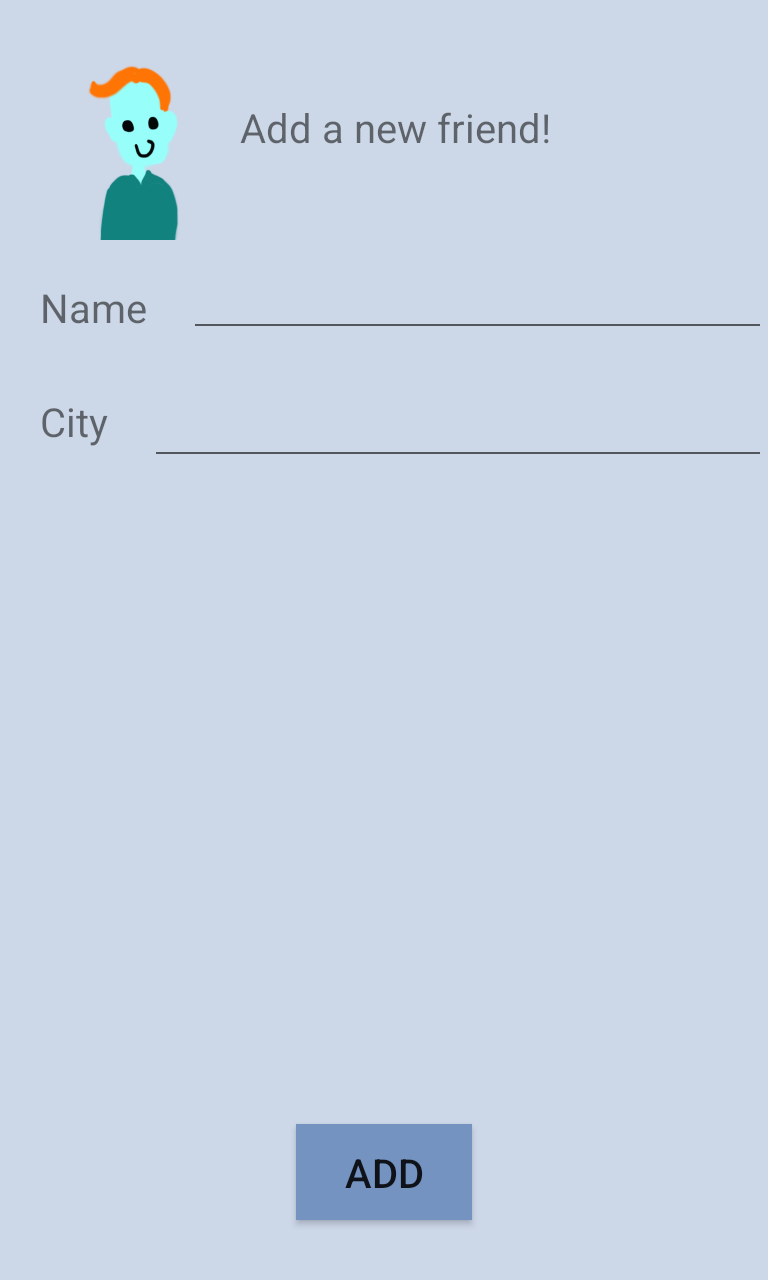
Repository: hinasakazaki/WeatherWithFriends
Layout: WeatherWithFriends/res/layout/add_fragment.xml
These files come from the project's save history. The layout is drawn as it stood at one moment and after the next save; the edit follows.
It is drawn on a 768 x 1280 px phone screen (xhdpi) without system bars, with theme AppTheme; the app's code is not run.

Above is the layout before, as saved 2014-06-09 22:31:06.

### WeatherWithFriends/res/layout/add_fragment.xml
<?xml version="1.0" encoding="utf-8"?>
<RelativeLayout xmlns:android="http://schemas.android.com/apk/res/android"
    android:layout_width="match_parent"
    android:layout_height="match_parent"
    android:orientation="vertical"
    android:background="#ccd7e8" >

    <!-- first row -->
	   <ImageView android:id="@+id/icon"
        android:layout_width="100dp"
        android:layout_height="100dp"
        android:layout_alignParentTop="true"
        android:layout_marginTop="20dp"
        android:layout_marginLeft="20dp"
        android:src="@drawable/mike"
        />
	   <TextView
    	    android:id="@+id/title"
    	    android:layout_width="wrap_content"
    	    android:layout_height="wrap_content"
    	    android:layout_toRightOf="@+id/icon"
    	    android:text="Add a new friend!"
    	    android:textSize="20dp"
    	    android:layout_marginTop="50dp"/>

	<!--  second row -->

	   <TextView
    	    android:id="@+id/Name"
    	    android:layout_width="wrap_content"
    	    android:layout_height="wrap_content"
    	    android:layout_alignParentLeft="true"
    	    android:layout_below="@id/icon"
    	    android:textSize="20dp"
    	    android:text="Name"
    	    android:layout_marginTop="20dp"
    	    android:layout_marginLeft="20dp"/>
	   <EditText
	       android:id="@+id/nameEdit"
	        android:layout_width="wrap_content"
    	    android:layout_height="wrap_content"
    	    android:layout_alignParentRight="true"
    	    android:layout_toRightOf="@id/Name"
    	    android:layout_below="@id/title"
    	    android:textSize="20dp"
    	    android:layout_marginTop="50dp"
    	    android:layout_marginLeft="20dp"
    	    />

	 <!-- third row -->

	   <TextView
    	    android:id="@+id/city"
    	    android:layout_width="wrap_content"
    	    android:layout_height="wrap_content"
    	    android:layout_alignParentLeft="true"
    	    android:layout_below="@id/Name"
    	    android:textSize="20dp"
    	    android:text="City"
    	    android:layout_marginTop="30dp"
    	    android:layout_marginLeft="20dp"/>

	   <EditText
	       android:id="@+id/cityEdit"
	        android:layout_width="wrap_content"
    	    android:layout_height="wrap_content"
    	    android:layout_alignParentRight="true"
    	    android:layout_toRightOf="@id/city"
    	    android:layout_below="@id/nameEdit"
    	     android:textSize="20dp"
    	     android:layout_marginTop="20dp"
    	     android:layout_marginLeft="20dp"
    	    />

    	<Button
            android:id="@+id/addButton"
            android:layout_height="wrap_content"
            android:layout_width="wrap_content"
            android:text="Add"
            android:background = "#7493c0"
            android:textSize="20dp"
            android:paddingLeft="20dp"
            android:paddingRight="20dp"
            android:layout_alignParentBottom="true"
            android:layout_marginBottom="30dp"
            android:layout_centerHorizontal="true"
            />



</RelativeLayout>

### WeatherWithFriends/res/values/styles.xml
<resources>

    <!--
        Base application theme, dependent on API level. This theme is replaced
        by AppBaseTheme from res/values-vXX/styles.xml on newer devices.
    -->
      <style name="AppBaseTheme" parent="android:Theme.Light">
        <!--
            Theme customizations available in newer API levels can go in
            res/values-vXX/styles.xml, while customizations related to
            backward-compatibility can go here.
        -->
    </style>

    <!-- Application theme. -->
    <style name="AppTheme" parent="AppBaseTheme">
        <!-- All customizations that are NOT specific to a particular API-level can go here. -->
    </style>

</resources>

Loaded but not shown: WeatherWithFriends/res/values-v11/styles.xml (common file); WeatherWithFriends/res/values-v14/styles.xml (common file)

After the next save:
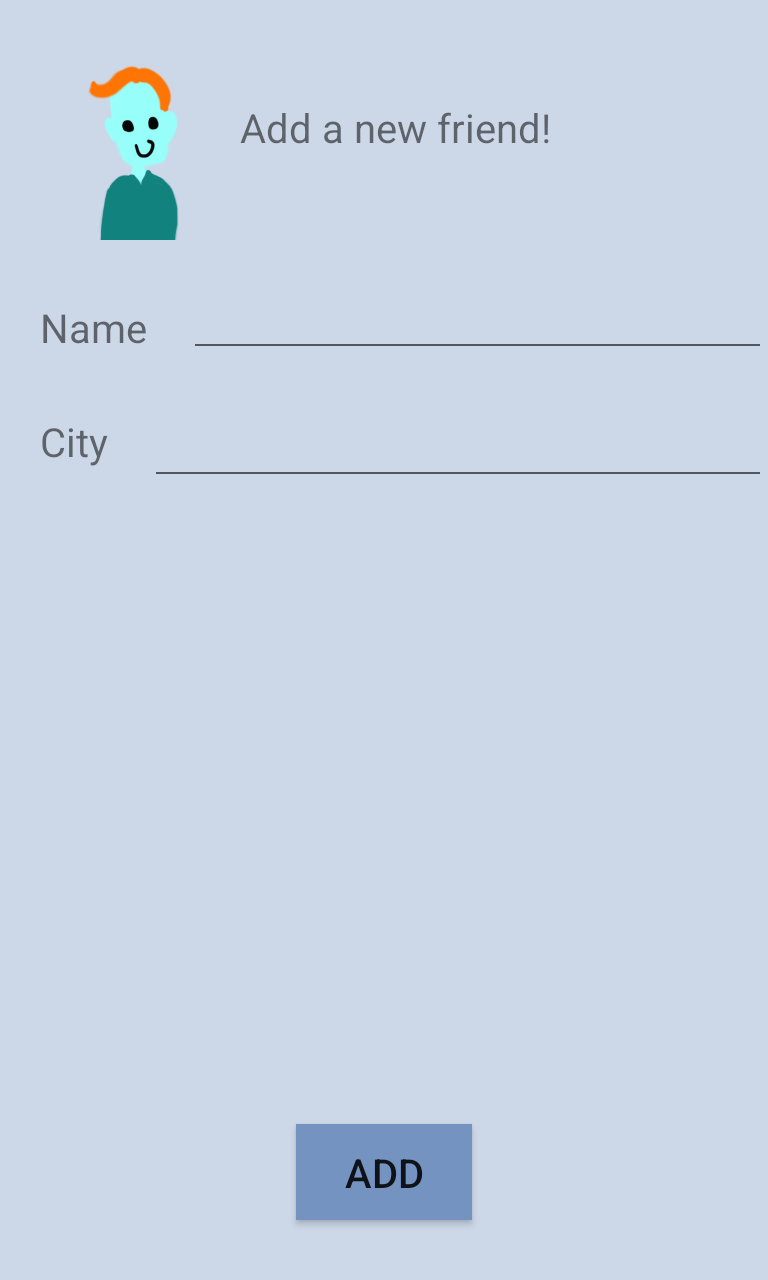
Saved 19 s later.
--- a/WeatherWithFriends/res/layout/add_fragment.xml
+++ b/WeatherWithFriends/res/layout/add_fragment.xml
@@ -33,7 +33,7 @@
     	    android:layout_below="@id/icon"
     	    android:textSize="20dp"
     	    android:text="Name"
-    	    android:layout_marginTop="20dp"
+    	    android:layout_marginTop="30dp"
     	    android:layout_marginLeft="20dp"/>
 	   <EditText
 	       android:id="@+id/nameEdit"
@@ -43,7 +43,7 @@
     	    android:layout_toRightOf="@id/Name"
     	    android:layout_below="@id/title"
     	    android:textSize="20dp"
-    	    android:layout_marginTop="50dp"
+    	    android:layout_marginTop="60dp"
     	    android:layout_marginLeft="20dp"
     	    />
 
